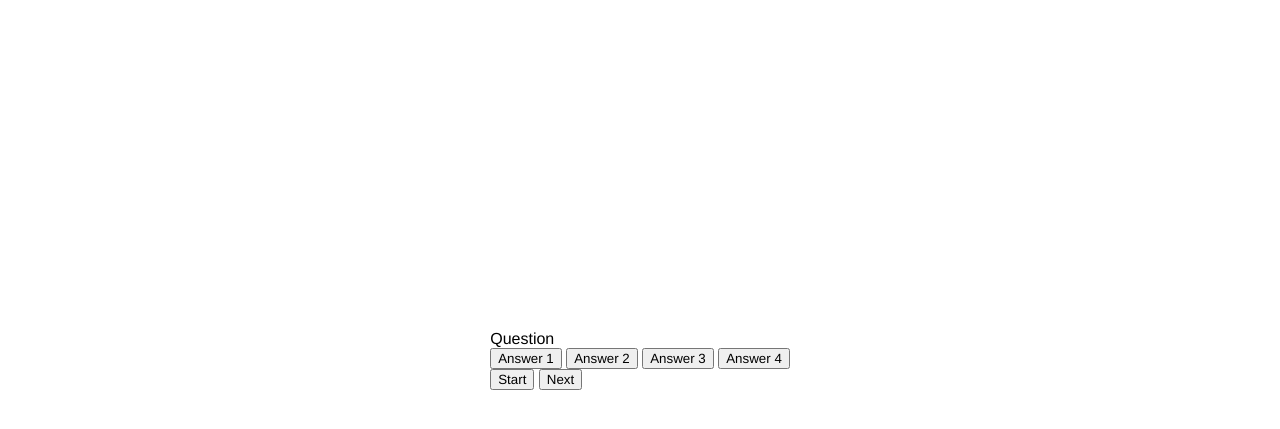
Repository: Vshepard879/Code-Quiz
Page: index.html
These files come from the project's save history. The page is drawn as it stood at one moment and after the next save; the edit follows.
The browser window is 1280 px wide. The pictures show the whole page.

Above is the page before, as saved 2022-03-18 01:15:42.

### index.html
<!DOCTYPE html>
<html lang="en">
<head>
    <meta charset="UTF-8">
    <meta http-equiv="X-UA-Compatible" content="IE=edge">
    <meta name="viewport" content="width=device-width, initial-scale=1.0">
    <link href="./assets/css/style.css" link rel="stylesheet">
    <script defer src="./assets/js/script.js"></script>
    <title>Quiz App</title>
</head>
<body>
    <div class="container">
        <div id="question-container" class="hide">
            <div id="question-container" class="hide">
                <div id="question">Question</div>
                <div id="answer-buttons" class="btn-grid"></div>
                <button class="btn">Answer 1</button>
                <button class="btn">Answer 2</button>
                <button class="btn">Answer 3</button>
                <button class="btn">Answer 4</button>
            </div>
        </div>
        <div class="controls">
            <button id="start-btn" class="start-btn btn">Start</button>
            <button id="next-btn" class="next-btn btn hide">Next</button>
        </div>
    </div>
</body>
</html>

### assets/css/style.css
*, *::before, *::after {
    box-sizing: border-box;
    font-family: 'Franklin Gothic Medium', 'Arial Narrow', Arial, sans-serif;
}

:root {
    --hue-neutral: 200;
    --hue-wrong: 0;
    --hue-correct: 150
}

body {
    --hue: var(--hue-natural);
    padding: 0;
    margin: 0;
    display: flex;
    width: 100vw;
    height: 100vh;
    justify-content: center;
    align-items: center;
}

Loaded but not shown: assets/js/script.js (no stored copy; drawn as an empty file)

After the next save:
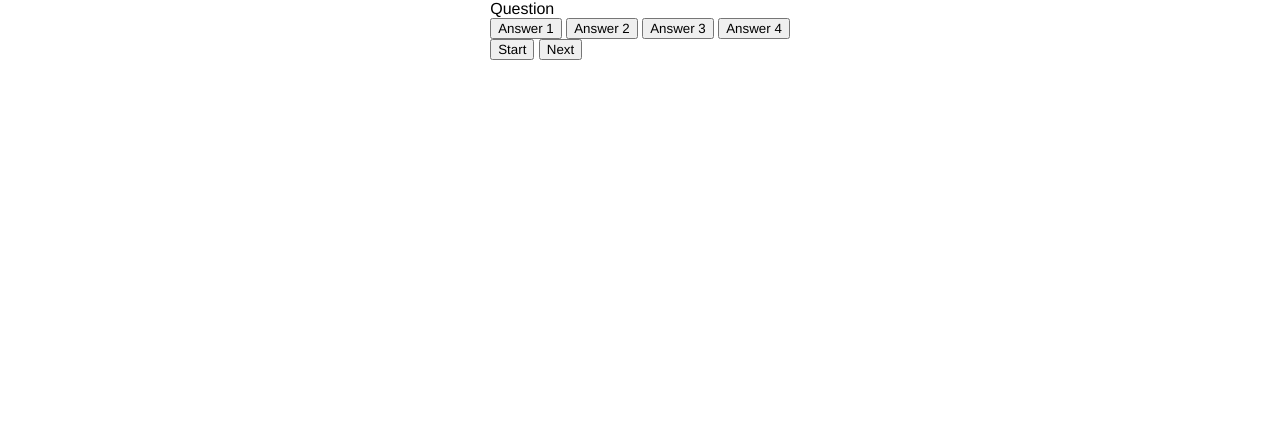
Saved 4 min 28 s later.
--- a/assets/css/style.css
+++ b/assets/css/style.css
@@ -17,5 +17,5 @@
     width: 100vw;
     height: 100vh;
     justify-content: center;
-    align-items: center;
+    align-items:baseline;
 }

After the save that followed:
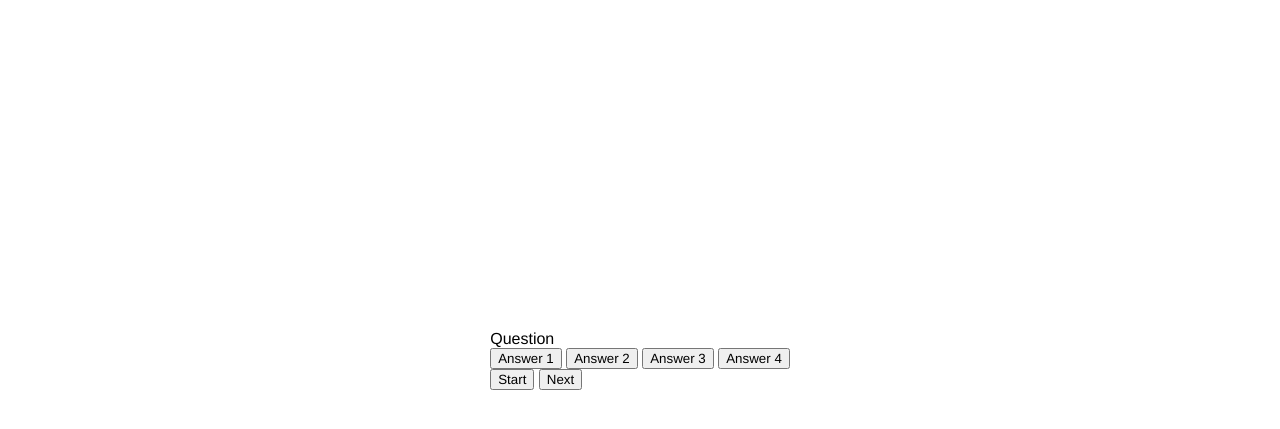
Saved 13 s later.
--- a/assets/css/style.css
+++ b/assets/css/style.css
@@ -17,5 +17,5 @@
     width: 100vw;
     height: 100vh;
     justify-content: center;
-    align-items:baseline;
+    align-items:center;
 }
